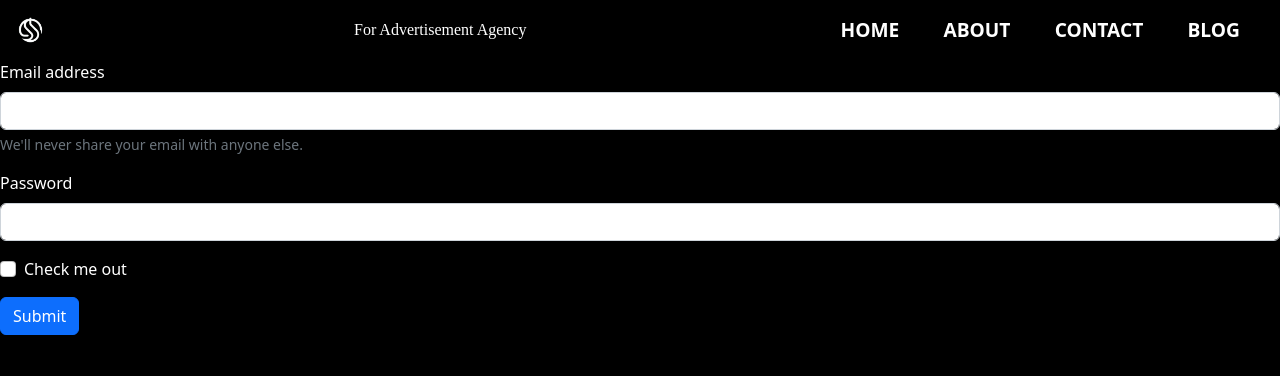
Repository: jaseem1999/sdCommunity
Page: http://localhost/sdCommunity/AdvSign.jsp
The author's editor kept a copy of each file at every save. The page is drawn from the files as they stood at one save, then again after the next save.
The browser window is 1280 px wide. The pictures show the whole page.
The page is served by Tomcat 9. Other server files are loaded and not shown.

Above is the page before, as saved 2023-10-16 17:54:22.

### sdCommunity/src/main/webapp/AdvSign.jsp
<%@ page language="java" contentType="text/html; charset=ISO-8859-1"
    pageEncoding="ISO-8859-1"%>
<!DOCTYPE html>
<html>
<head>
<meta charset="ISO-8859-1">
<title>Advertisement Agency</title>
<link href="https://cdn.jsdelivr.net/npm/bootstrap@5.2.3/dist/css/bootstrap.min.css" rel="stylesheet" integrity="sha384-rbsA2VBKQhggwzxH7pPCaAqO46MgnOM80zW1RWuH61DGLwZJEdK2Kadq2F9CUG65" crossorigin="anonymous">
<script src="https://cdn.jsdelivr.net/npm/bootstrap@5.2.3/dist/js/bootstrap.bundle.min.js" integrity="sha384-kenU1KFdBIe4zVF0s0G1M5b4hcpxyD9F7jL+jjXkk+Q2h455rYXK/7HAuoJl+0I4" crossorigin="anonymous"></script>
<style type="text/css">
body{
	background-color: black;
	color: white;
}
a {
	 text-decoration: none;
	 color: white;
	 font-size: 1.2rem;
	 font-weight: bold;
	 text-transform: uppercase;
}
.nav {
  display: flex;
  justify-content: space-between;
  align-items: center;
  padding-top: 0px;
}



.hamburger {
  padding-right: 20px;
  cursor: pointer;
}

.hamburger .line {
  display: block;
  width: 40px;
  height: 5px;
  margin-bottom: 10px;
  background-color: #ffeeee;
}

.nav__link {
  position: fixed;
  width: 94%;
  top: 5rem;
  left: 18px;
  background-color: #303232;
}

.nav__link a {
  display: block;
  text-align: center;
  padding: 10px 0;
}

.nav__link a:hover {
  background-color: black;
}

.hide {
  display: none;
}
@media screen and (min-width: 600px) {
  .nav__link {
    display: block;
    position: static;
    width: auto;
    margin-right: 20px;
    background: none;
  }

  .nav__link a {
    display: inline-block;
    padding: 15px 20px;
  }

  .hamburger {
    display: none;
  }
}
</style>
</head>
<body>
	<header>
      <nav class="nav">
        <a href="/" class="logo"><img alt="logo" src="./img/logo.png" width="60px"/></a>
		<span style="font-family: fantasy;">For Advertisement Agency</span>
        <div class="hamburger">
          <span class="line"></span>
          <span class="line"></span>
          <span class="line"></span>
        </div>

        <div class="nav__link hide">
          <a href="#">home</a>
          <a href="#">about</a>
          <a href="#">contact</a>
          <a href="#">blog</a>
        </div>
      </nav>
    </header>

    <form style="color: white;">
		  <div class="mb-3">
		    <label for="exampleInputEmail1" class="form-label">Email address</label>
		    <input type="email" class="form-control" id="exampleInputEmail1" aria-describedby="emailHelp">
		    <div id="emailHelp" class="form-text">We'll never share your email with anyone else.</div>
		  </div>
		  <div class="mb-3">
		    <label for="exampleInputPassword1" class="form-label">Password</label>
		    <input type="password" class="form-control" id="exampleInputPassword1">
		  </div>
		  <div class="mb-3 form-check">
		    <input type="checkbox" class="form-check-input" id="exampleCheck1">
		    <label class="form-check-label" for="exampleCheck1">Check me out</label>
		  </div>
		  <button type="submit" class="btn btn-primary">Submit</button>
	</form>

<script type="text/javascript">
const hamburger = document.querySelector('.hamburger');
const navLink = document.querySelector('.nav__link');

hamburger.addEventListener('click', () => {
  navLink.classList.toggle('hide');
});
</script>
</body>
</html>

After the next save:
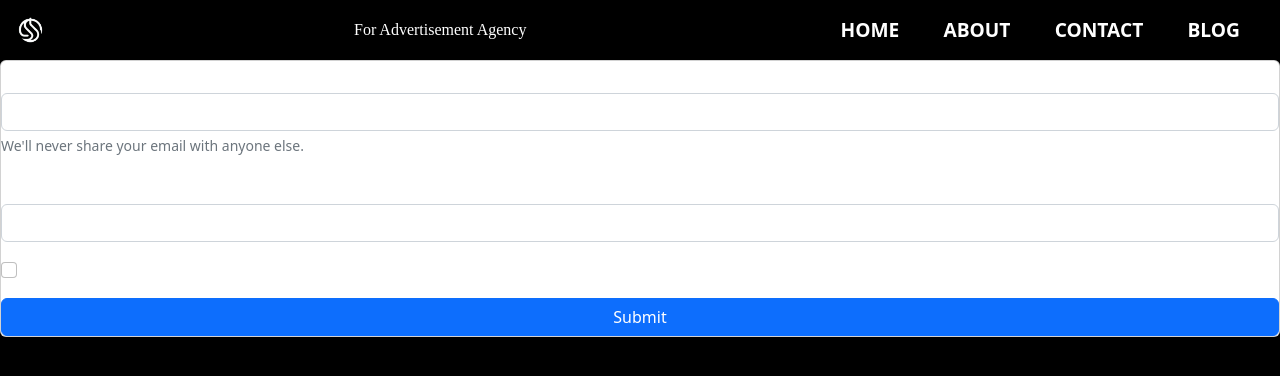
Saved 24 s later.
--- a/sdCommunity/src/main/webapp/AdvSign.jsp
+++ b/sdCommunity/src/main/webapp/AdvSign.jsp
@@ -102,7 +102,7 @@
       </nav>
     </header>
 
-    <form style="color: white;">
+    <form style="color: white;" class="card">
 		  <div class="mb-3">
 		    <label for="exampleInputEmail1" class="form-label">Email address</label>
 		    <input type="email" class="form-control" id="exampleInputEmail1" aria-describedby="emailHelp">

After the save that followed:
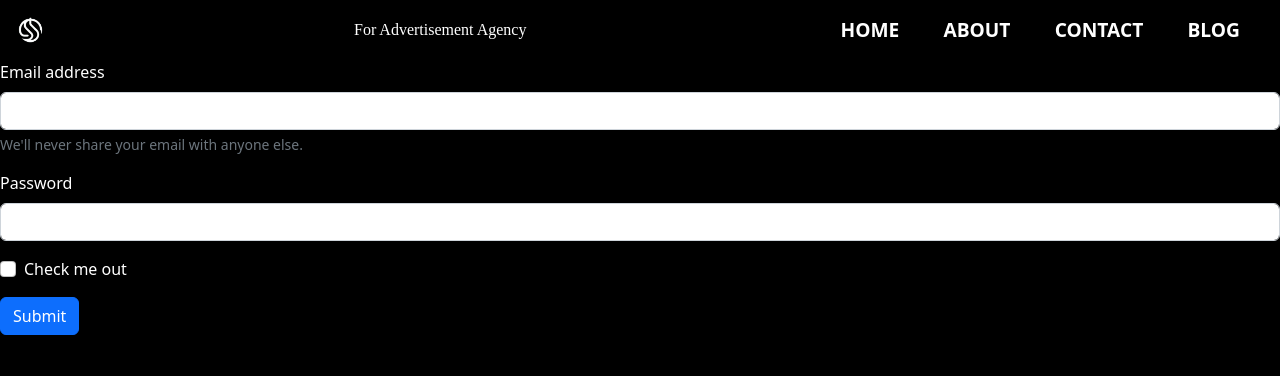
Saved 28 s later.
--- a/sdCommunity/src/main/webapp/AdvSign.jsp
+++ b/sdCommunity/src/main/webapp/AdvSign.jsp
@@ -102,7 +102,7 @@
       </nav>
     </header>
 
-    <form style="color: white;" class="card">
+    <form style="color: white;" >
 		  <div class="mb-3">
 		    <label for="exampleInputEmail1" class="form-label">Email address</label>
 		    <input type="email" class="form-control" id="exampleInputEmail1" aria-describedby="emailHelp">
